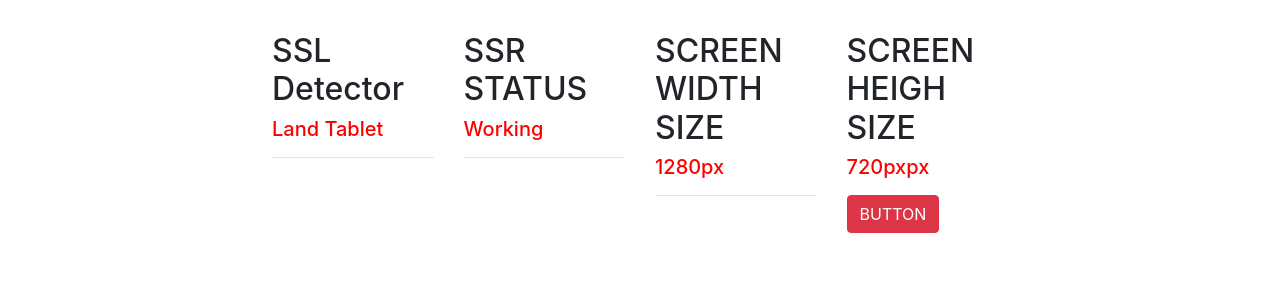
Repository: adrihle/screen-detector-nextpwa
Page: /
An editor plug-in stored every save of this project. The page is shown before and after the next save, followed by the edit.
The browser window is 1280 px wide. The pictures show the whole page.
The project was rebuilt for these pictures with package versions that can differ from the ones it lists, and the page was loaded fresh each time. The framework's server and built-in components were replaced by stand-ins that run in the browser. Imported but missing from the stored project, and not drawn on this page: pages/_document.

Above is the page before, as saved 2020-12-29 18:11:15.

After the next save:
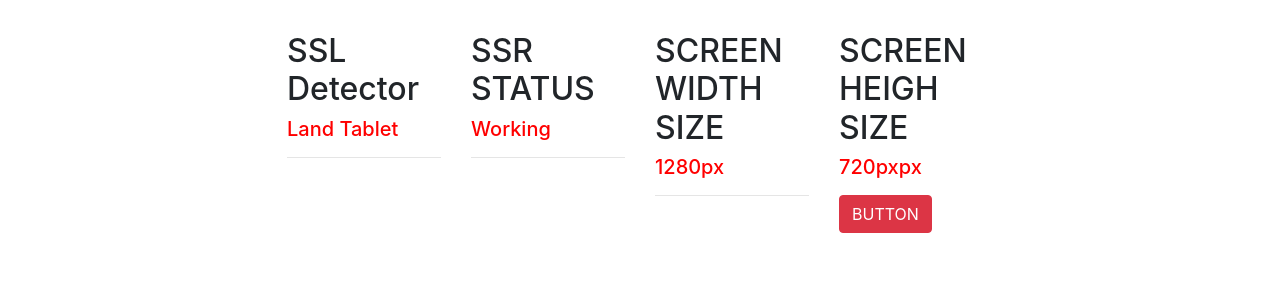
Saved 65 s later.
--- a/pages/index.js
+++ b/pages/index.js
@@ -1,3 +1,5 @@
+import Nav from '../components/navigation/mobile'
+
 const Index = ({ server, measures, screen }) => {
 
   const width = measures && measures[0] + 'px'
@@ -5,7 +7,9 @@ const Index = ({ server, measures, screen }) => {
 
 
   return (
-    <div className='row'>
+    <div className="container">
+      <Nav />
+      <div className='row'>
         <div className="col-md-6 col-lg-3">
           <h2>SSL Detector</h2>
           <h5 style={{color:'red'}}>{screen}</h5>
@@ -30,6 +34,7 @@ const Index = ({ server, measures, screen }) => {
             </>
           )}
         </div>
+      </div>
     </div>
   )
 }
